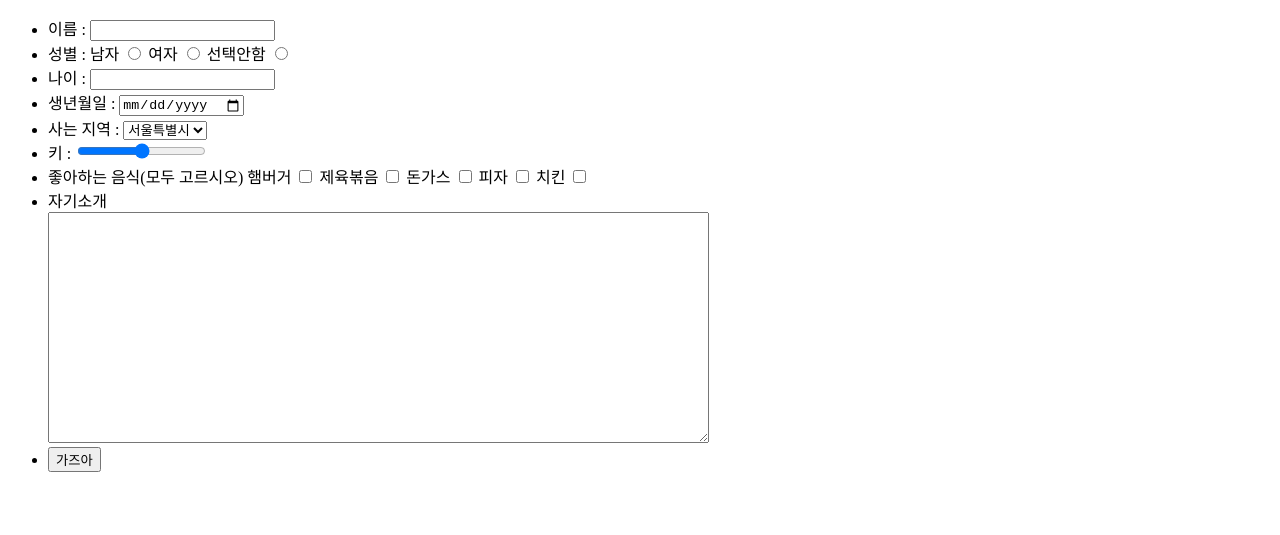
Repository: ghksl0204-shapa/dynamic-web
Page: MyFirstWebProject/src/main/webapp/views/request_get2.html
The author's editor kept a copy of each file at every save. The page is drawn from the files as they stood at one save, then again after the next save.
The browser window is 1280 px wide. The pictures show the whole page.

Above is the page before, as saved 2026-05-04 08:22:50.

### MyFirstWebProject/src/main/webapp/views/request_get2.html
<!DOCTYPE html>
<html>
<head>
<meta charset="UTF-8">
<title>실습</title>
</head>
<body>

	<form action="http://localhost:8088/first/second.do" method="get">
		<ul>
			<li>
				이름 : <input type="text" name="name" />
			</li>
			<li>
				성별 :
				남자 <input type="radio" name="gender" value="남자" />
				여자 <input type="radio" name="gender" value="여자" />
				선택안함 <input type="radio" name="gender" value="선택 안 함" />
			</li>
			<li>
				나이 : <input type="number" name="age" />
			</li>
			<li>
				생년월일 : <input type="date" name="birthDate">
			</li>
			<li>
				사는 지역 :
				<select name="city">
					<option>서울특별시</option>
					<option>경기도</option>
					<option>인천광역시</option>
					<option>강원도</option>
					<option>충청북도</option>
					<option>충청남도</option>
					<option>대전광역시</option>
					<option>세종특별시</option>
					<option>경상북도</option>
					<option>대구광역시</option>
					<option>울산광역시</option>
					<option>경상남도</option>
					<option>부산특별시</option>
					<option>전라북도</option>
					<option>전라남도</option>
					<option>광주광역시</option>
					<option value="제주도">제주도</option>
				</select>
			</li>
			<li>
				키 : <input type="range" min="130" max="220" name="height" />
			</li>
			<li>
				좋아하는 음식(모두 고르시오)
				햄버거 <input type="checkbox" name="food" value="햄버거" />
				제육볶음 <input type="checkbox" name="food" value="제육볶음" />
				돈가스 <input type="checkbox" name="food" value="돈가스" />
				피자 <input type="checkbox" name="food" value="피자" />
				치킨 <input type="checkbox" name="food" value="치킨" />
			</li>
			<li>
				자기소개 <br>
				<textarea rows="15" cols="80"></textarea>
			</li>
			<li>
				<button type="submit">가즈아</button>
			</li>
		</ul>
	</form>

</body>
</html>

After the next save:
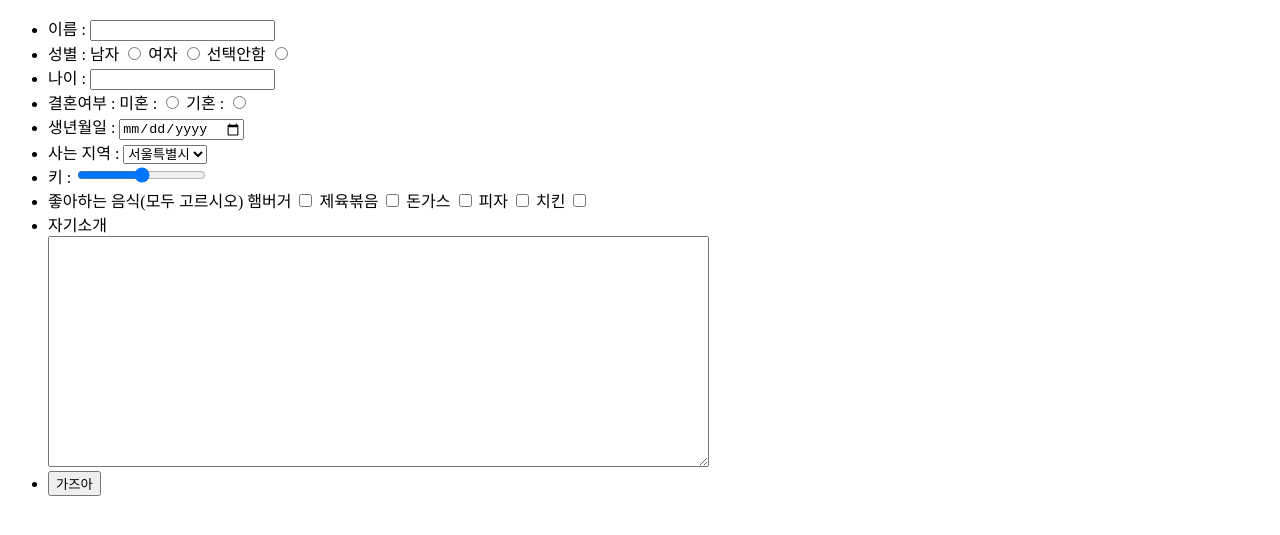
Saved 3 min 51 s later.
--- a/MyFirstWebProject/src/main/webapp/views/request_get2.html
+++ b/MyFirstWebProject/src/main/webapp/views/request_get2.html
@@ -19,6 +19,11 @@
 			</li>
 			<li>
 				나이 : <input type="number" name="age" />
+			</li>
+			<li>
+				결혼여부 :
+				미혼 : <input type="radio" name="married">
+				기혼 : <input type="radio" name="married">
 			</li>
 			<li>
 				생년월일 : <input type="date" name="birthDate">
